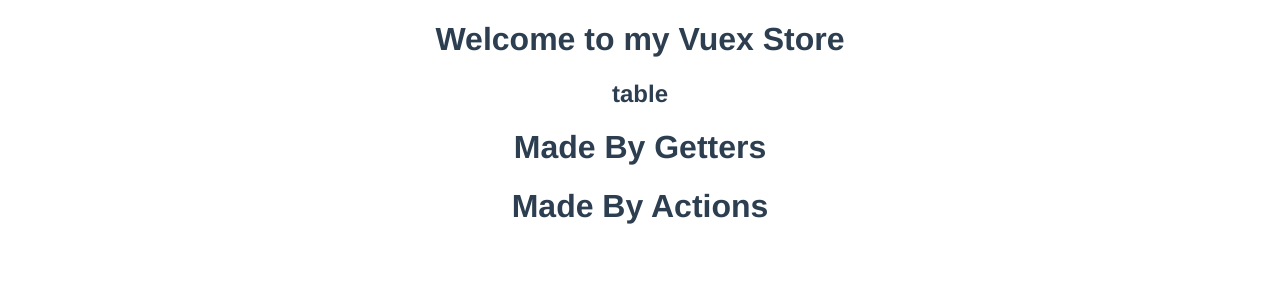
Repository: HaoMiffy/Vue3-compositionAPI-vuex-axios
Page: /
An editor plug-in stored every save of this project. The page is shown before and after a run of saves, followed by the edit.
The browser window is 1280 px wide. The pictures show the whole page.
The project was rebuilt for these pictures with package versions that can differ from the ones it lists, and the page was loaded fresh each time. Also part of the build but not shown: vue.config.js, src/components/HelloWorld.vue, src/views/HomeView.vue.

Above is the page before, as saved 2022-12-13 16:01:22.

After the next 2 saves:
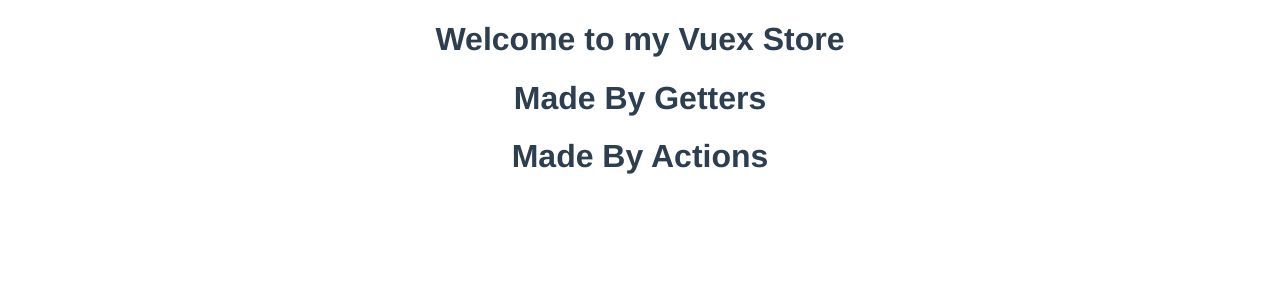
The 2 saves are shown as one change because 1 did not build or start.
The last was saved 23 s later.
--- a/src/App.vue
+++ b/src/App.vue
@@ -22,7 +22,7 @@
   return store.getters.getUsers;
 });
 const users = computed(() => {
-  return store.state.users;
+  return store.state.datas;
 });
 onMounted(() => {
   store.dispatch("fetchUsers");
--- a/src/store/index.js
+++ b/src/store/index.js
@@ -5,10 +5,10 @@
 
 export default createStore({
   state: {
-    users:[]
+    datas:[]
   },
   getters: {
-    getUsers: (state) => state.users,
+    getUsers: (state) => state.datas,
   },
   actions: {
     async fetchUsers({ commit }) {

After the save that followed:
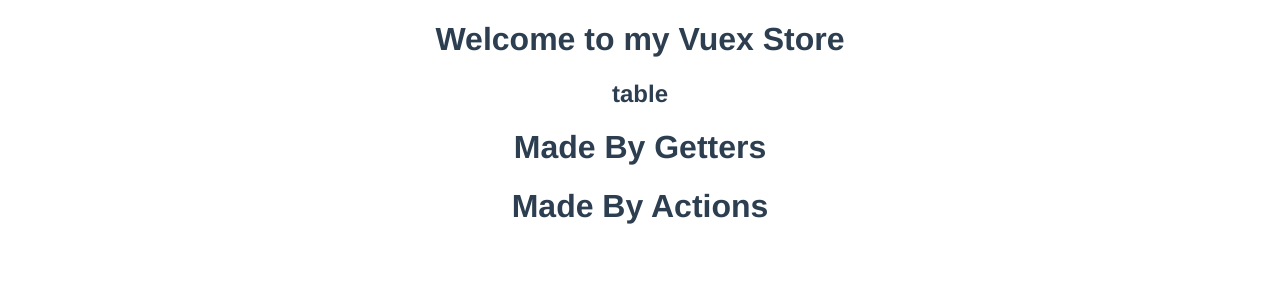
Saved 18 s later.
--- a/src/store/index.js
+++ b/src/store/index.js
@@ -26,7 +26,7 @@
   //to handle mutations
   mutations: {
     SET_USERS(state, datas) {
-      state.users = datas;
+      state.datas = datas;
     },
   },
   modules: {
